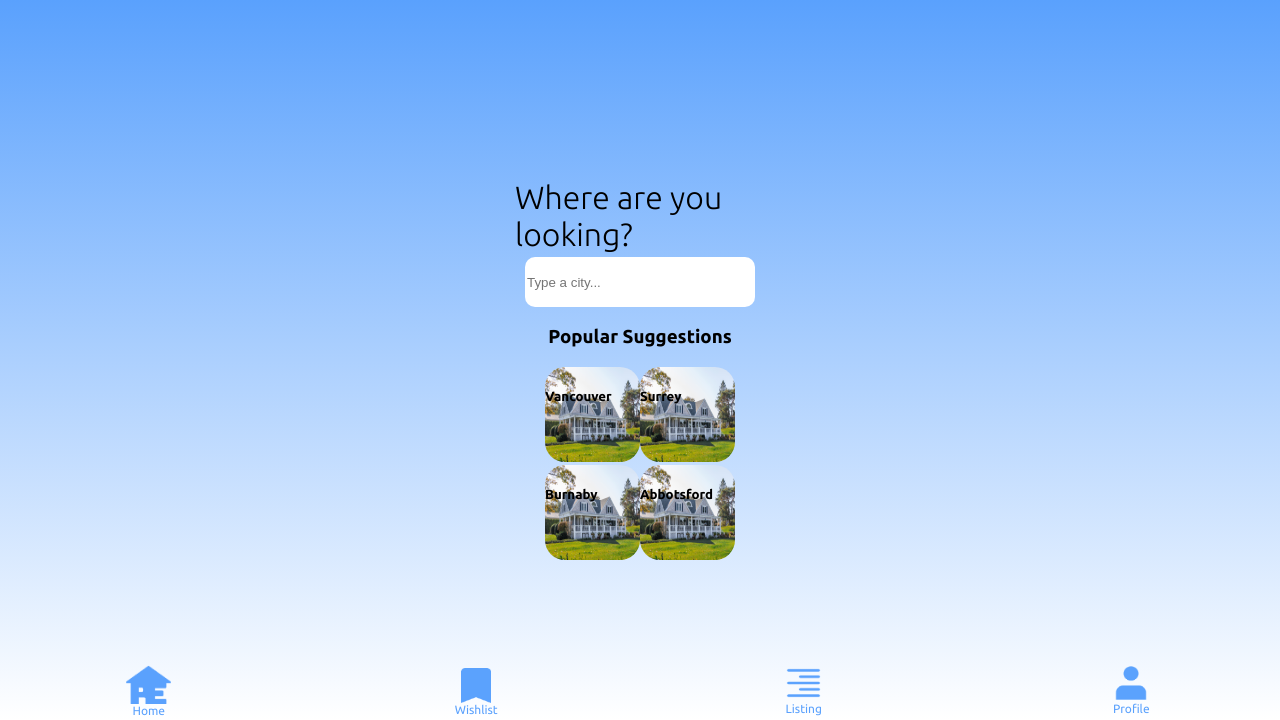
Repository: msyukurrr/realeasy
Page: /listing
These files come from the project's save history. The page is drawn as it stood at one moment and after the next save; the edit follows.
The browser window is 1280 px wide. The pictures show the whole page.
The project was rebuilt for these pictures with package versions that can differ from the ones it lists, and the page was loaded fresh each time. The framework's server and built-in components were replaced by stand-ins that run in the browser. Also part of the build but not shown: next.config.js, components/Button.js.

Above is the page before, as saved 2023-01-27 20:37:33.

After the next save:
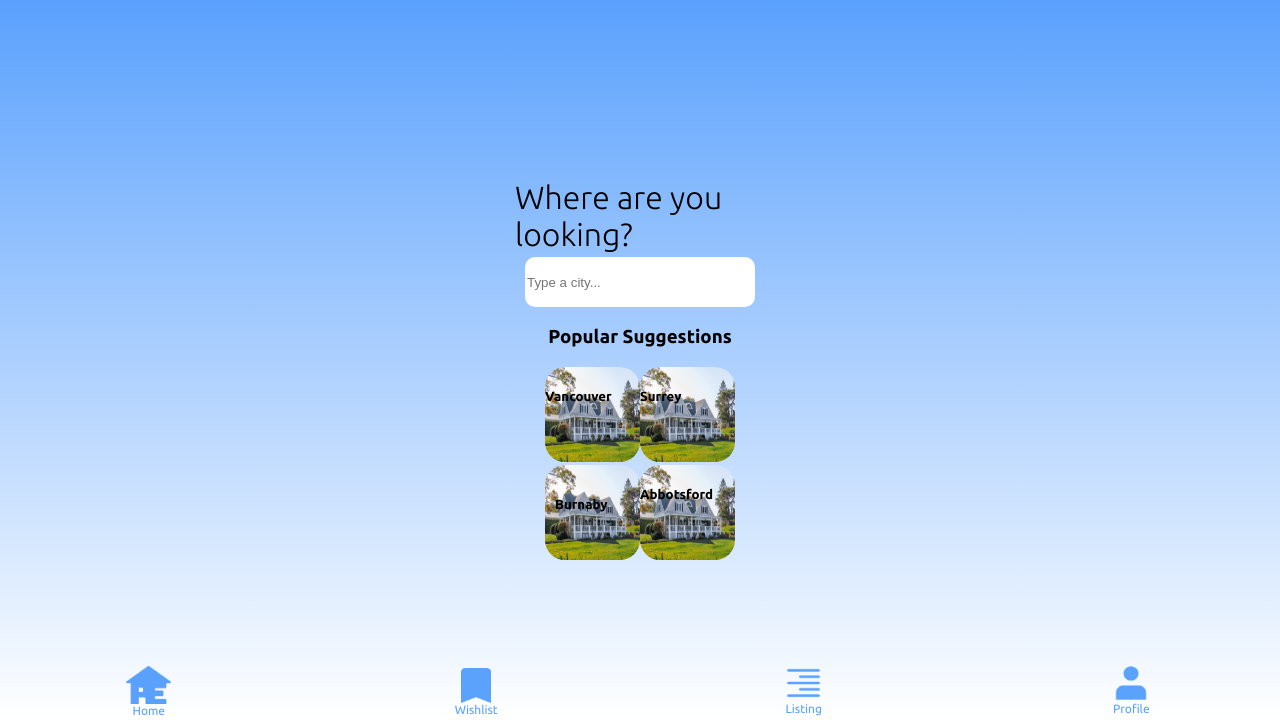
Saved 16 s later.
--- a/pages/listing.js
+++ b/pages/listing.js
@@ -36,7 +36,7 @@ export default function Listing({
 
         <div style={{display:'flex', flexDirection:'row'}}>
             <div>
-                <h5 style={{display:'flex', position:'absolute'}}>Burnaby</h5>
+                <h5 style={{display:'flex', position:'absolute', padding:10}}>Burnaby</h5>
                 <img src="house.png" style={{width:95, height:95, borderRadius:20}}/>
 
             </div>
